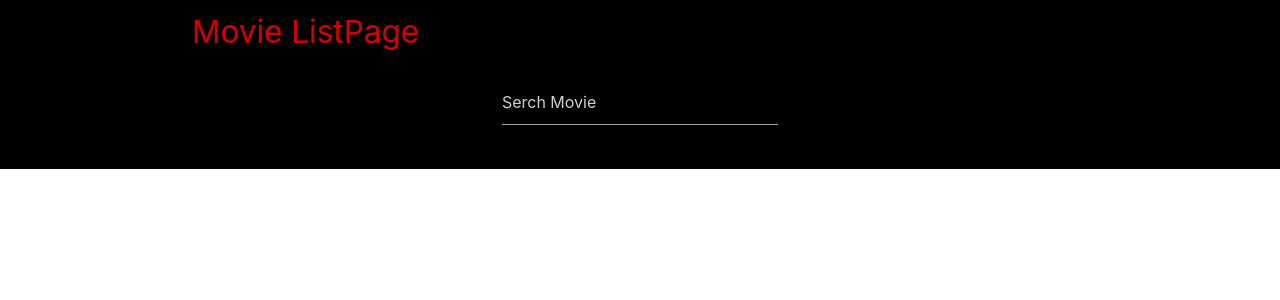
Repository: Reiya-1003/React-Ts-Node-App
Page: /
The author's editor kept a copy of each file at every save. The page is drawn from the files as they stood at one save, then again after the next save.
The browser window is 1280 px wide. The pictures show the whole page.
The page's requests for data from a server got no answer. The project was rebuilt for these pictures with package versions that can differ from the ones it lists, and the page was loaded fresh each time. A package was used in the major version that the imports need, not the one package.json lists. No one was signed in, and anything a server would have sent is missing. Also part of the build but not shown: src/Styles.module.css, src/components/Detail.tsx.

Above is the page before, as saved 2021-11-18 11:33:51.

### public/index.html
<!DOCTYPE html>
<html lang="en">
  <head>
    <meta charset="utf-8" />
    <link rel="icon" href="%PUBLIC_URL%/favicon.ico" />
    <meta name="viewport" content="width=device-width, initial-scale=1" />
    <meta name="theme-color" content="#000000" />
    <meta
      name="description"
      content="Web site created using create-react-app"
    />
    <link rel="apple-touch-icon" href="%PUBLIC_URL%/logo192.png" />
    <!--
      manifest.json provides metadata used when your web app is installed on a
      user's mobile device or desktop. See https://developers.google.com/web/fundamentals/web-app-manifest/
    -->
    <link rel="manifest" href="%PUBLIC_URL%/manifest.json" />
    <link
      rel="stylesheet"
      href="https://cdnjs.cloudflare.com/ajax/libs/materialize/1.0.0/css/materialize.min.css"
    />
    <!--
      Notice the use of %PUBLIC_URL% in the tags above.
      It will be replaced with the URL of the `public` folder during the build.
      Only files inside the `public` folder can be referenced from the HTML.

      Unlike "/favicon.ico" or "favicon.ico", "%PUBLIC_URL%/favicon.ico" will
      work correctly both with client-side routing and a non-root public URL.
      Learn how to configure a non-root public URL by running `npm run build`.
    -->
    <title>React App</title>
  </head>
  <body>
    <noscript>You need to enable JavaScript to run this app.</noscript>
    <div id="root"></div>
    <!--
      This HTML file is a template.
      If you open it directly in the browser, you will see an empty page.

      You can add webfonts, meta tags, or analytics to this file.
      The build step will place the bundled scripts into the <body> tag.

      To begin the development, run `npm start` or `yarn start`.
      To create a production bundle, use `npm run build` or `yarn build`.
    -->
  </body>
</html>

### src/index.tsx
import React from "react";
import ReactDOM from "react-dom";

import App from "./components/App";

import reportWebVitals from "./reportWebVitals";

interface Props {
  sum: number;
  per: number;
  onChange: (e: { page: number }) => void;
}

ReactDOM.render(
  <React.StrictMode>
    <App />
  </React.StrictMode>,
  document.getElementById("root")
);

// If you want to start measuring performance in your app, pass a function
// to log results (for example: reportWebVitals(console.log))
// or send to an analytics endpoint. Learn more: https://bit.ly/CRA-vitals
reportWebVitals();

### src/components/App.tsx
import React, { createContext, useState } from "react";
import Nav from "./Nav";
import Seathbox from "./Searthbox";
import Detail from "./Detail";
import {
  BrowserRouter as Router,
  Switch,
  Route,
  BrowserRouter,
} from "react-router-dom";

export const MovieContext = createContext<any>([]);
export const SerchContext = createContext<any>("");
export const TotalContext = createContext<any>(0);
export const CurrentContext = createContext<any>(1);

interface Props {
  sum?: number;
  per?: number;
  onChange?: (e: { page: number }) => void;
}

export const App: React.FC<Props> = (props) => {
  const [movies, setMovies] = useState<any>([]);
  const [searchTerm, setSearchterm] = useState<any>("");
  const [totalResulte, setTotal] = useState<any>(0);
  const [currentPage, setCurrent] = useState<any>(1);

  const handlePaginate = (page: number) => {
    fetch(
      `https://api.themoviedb.org/3/search/movie?api_key=78eb03987f34d05d918381d81d8257fe&language=ja-JA&page=1&query=${searchTerm}&page=${page}`
    )
      .then((data) => data.json())
      .then((data) => {
        console.log(data);
        const newResult = data.results;
        const newCurrent = page;
        setMovies(newResult);
        setCurrent(newCurrent);
      });
  };

  return (
    <div className="App" style={{ backgroundColor: "black" }}>
      <Router>
        <Nav />
        <Switch>
          <MovieContext.Provider value={movies}>
            <SerchContext.Provider value={searchTerm}>
              <TotalContext.Provider value={totalResulte}>
                <CurrentContext.Provider value={currentPage}>
                  <Route path="/" exact component={Seathbox} />
                  <Route path="/detail/:item_id" exact component={Detail} />
                </CurrentContext.Provider>
              </TotalContext.Provider>
            </SerchContext.Provider>
          </MovieContext.Provider>
        </Switch>
      </Router>
    </div>
  );
};

export default App;

### src/components/Nav.tsx
import React from "react";

const Nav = () => {
  return (
    <nav className="black">
      <div className=".nav-wrapper container">
        <a href="" className="brand-logo ">
          <div className="red-text text-accent-4">Movie ListPage</div>
        </a>
      </div>
    </nav>
  );
};

export default Nav;

### src/components/Searthbox.tsx
import React, { useContext, useState, useEffect } from "react";
import {
  BrowserRouter as Router,
  Route,
  Link,
  Switch,
  useHistory,
  useParams,
} from "react-router-dom";
import {
  MovieContext,
  SerchContext,
  CurrentContext,
  TotalContext,
} from "./App";

import MuiPagination from "@material-ui/lab/Pagination";
import { withStyles } from "@material-ui/core/styles";

const Searthbox = ({ pageContext }: any) => {
  let Movie = useContext(MovieContext); //映画のコンテキスト
  const Search = useContext(SerchContext); //検索ボックス用のコンテキスト
  const [movies, setMovies] = useState<any>({}); //検索したワードの映画の表示に使う
  const [firstList, setFirstList] = useState<any>([]); //最初にアクセスした画面の映画の表示
  const [searchTerm, setSearchterm] = useState<string>(); //検索ワードが入る

  let [pageLinks, setLinks]: any = useState([]); //検索結果の映画のトータルページを数える
  const IMG_PATH = "https://image.tmdb.org/t/p/w1280"; //映画の画像のパスに使う
  const [page, setPage] = useState(1); //ページの個数を保存するその数だけページングを作る

  let newListItem = [];

  useEffect(() => {
    fetch(
      "https://api.themoviedb.org/3/movie/now_playing?api_key=78eb03987f34d05d918381d81d8257fe&language=ja&page=1"
    )
      .then((response) => {
        return response.json();
      })
      .then((firstdata) => {
        //取得したJSONデータの処理
        const newFirstlist = firstdata.results;
        setFirstList(newFirstlist);
        console.log(firstdata.results);
        console.log(firstList);
        Movie.push(newFirstlist);
      })
      .catch((error) => {
        //エラー発生時の処理
        console.log("error");
      });
  }, []); //最初に出てくる映画のリスト（時期によって変わる）

  const handleSubmit = (e: React.FormEvent<HTMLFormElement>) => {
    e.preventDefault();

    fetch(
      `https://api.themoviedb.org/3/search/movie?api_key=78eb03987f34d05d918381d81d8257fe&language=ja-JA&page=1&query=${searchTerm}`
    )
      .then((data) => data.json())
      .then((data) => {
        console.log(data);
        const newResult = data.results;

        setMovies(newResult);

        console.log(movies);
        Movie.shift();
        Movie.push(data.results);
        let newLinks = [];

        for (let i = 0; i < data.total_pages; i++) {
          newLinks.push(i + 1);
        }
        setLinks(newLinks);
        console.log(data.total_pages);
      });
  }; //検索するときのonSbmit

  const handleChange = (e: string | any) => {
    const newSerch = e.target.value;
    setSearchterm(newSerch);
    console.log(searchTerm);
  }; //入力した単語をserchTerm（検索ワード）にセットするonChange

  const handleChangePage = (
    event: React.ChangeEvent<unknown>,
    value: number
  ) => {
    event.preventDefault();
    const newValue = value;
    setPage(newValue);
    console.log(newValue); //リアルタイムでページ番号
    fetch(
      `https://api.themoviedb.org/3/search/movie?api_key=78eb03987f34d05d918381d81d8257fe&language=ja-JA&page=1&query=${searchTerm}&page=${newValue}`
    )
      .then((data) => data.json())
      .then((data) => {
        console.log(data);
        const newResult = data.results;

        Movie.shift();
        Movie.push(newResult);
        console.log(Movie[0]);
      });
  }; //ページ番号ごとの映画を表示するonChange

  return (
    // 検索ボックス
    <div className="container">
      <div className="row">
        <section className="col s4 offset-s4">
          <form action="" onSubmit={handleSubmit}>
            <div className="input-field">
              <input
                placeholder="Serch Movie"
                type="text"
                onChange={handleChange}
              />
            </div>
          </form>
        </section>
      </div>
      {/* 映画の一覧（２０件分）  */}
      <div className="container">
        <div className="row">
          <div className="col s12">
            {Movie.length === 0
              ? firstList.map((list: any, i: any) => {
                  return (
                    <div className="col s12 m6 l3" key={i}>
                      <div className="card">
                        <div className="card-image waves-effect waves-block waves-light">
                          <Link to={`/detail/${list.id}`}>
                            <img
                              src={IMG_PATH + list.poster_path}
                              alt="card image"
                              style={{ width: "100%", height: 360 }}
                            ></img>
                          </Link>
                        </div>
                      </div>
                    </div>
                  );
                })
              : Movie[0].map((list: any, i: any) => {
                  return (
                    <div className="col s12 m6 l3" key={i}>
                      <div className="card">
                        <div className="card-image waves-effect waves-block waves-light">
                          <Link to={`/detail/${list.id}`}>
                            <img
                              src={IMG_PATH + list.poster_path}
                              alt="card image"
                              style={{ width: "100%", height: 360 }}
                            ></img>
                          </Link>
                        </div>
                      </div>
                    </div>
                  );
                })}
          </div>
        </div>
      </div>
      {/* ページネーション */}
      <div>
        {Movie.length === 0 ? (
          <p></p>
        ) : (
          <div>
            <MuiPagination
              count={pageLinks.length}
              page={page}
              variant="outlined"
              color="primary"
              onChange={handleChangePage}
            />
            {/* <p>page：{page}</p> */}
          </div>
        )}
      </div>
    </div>
  );
};

export default Searthbox;

Loaded but not shown: src/reportWebVitals.ts (common file)

After the next save:
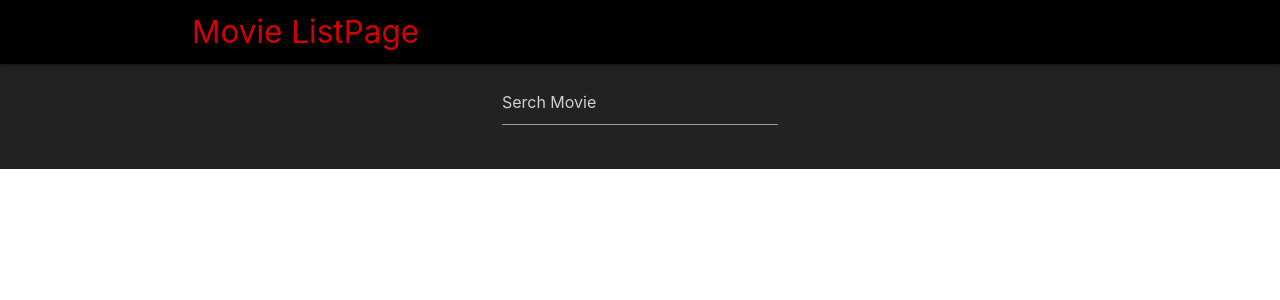
Saved 28 s later.
--- a/src/components/App.tsx
+++ b/src/components/App.tsx
@@ -41,7 +41,7 @@ export const App: React.FC<Props> = (props) => {
   };
 
   return (
-    <div className="App" style={{ backgroundColor: "black" }}>
+    <div className="App" style={{ backgroundColor: "#222222" }}>
       <Router>
         <Nav />
         <Switch>
